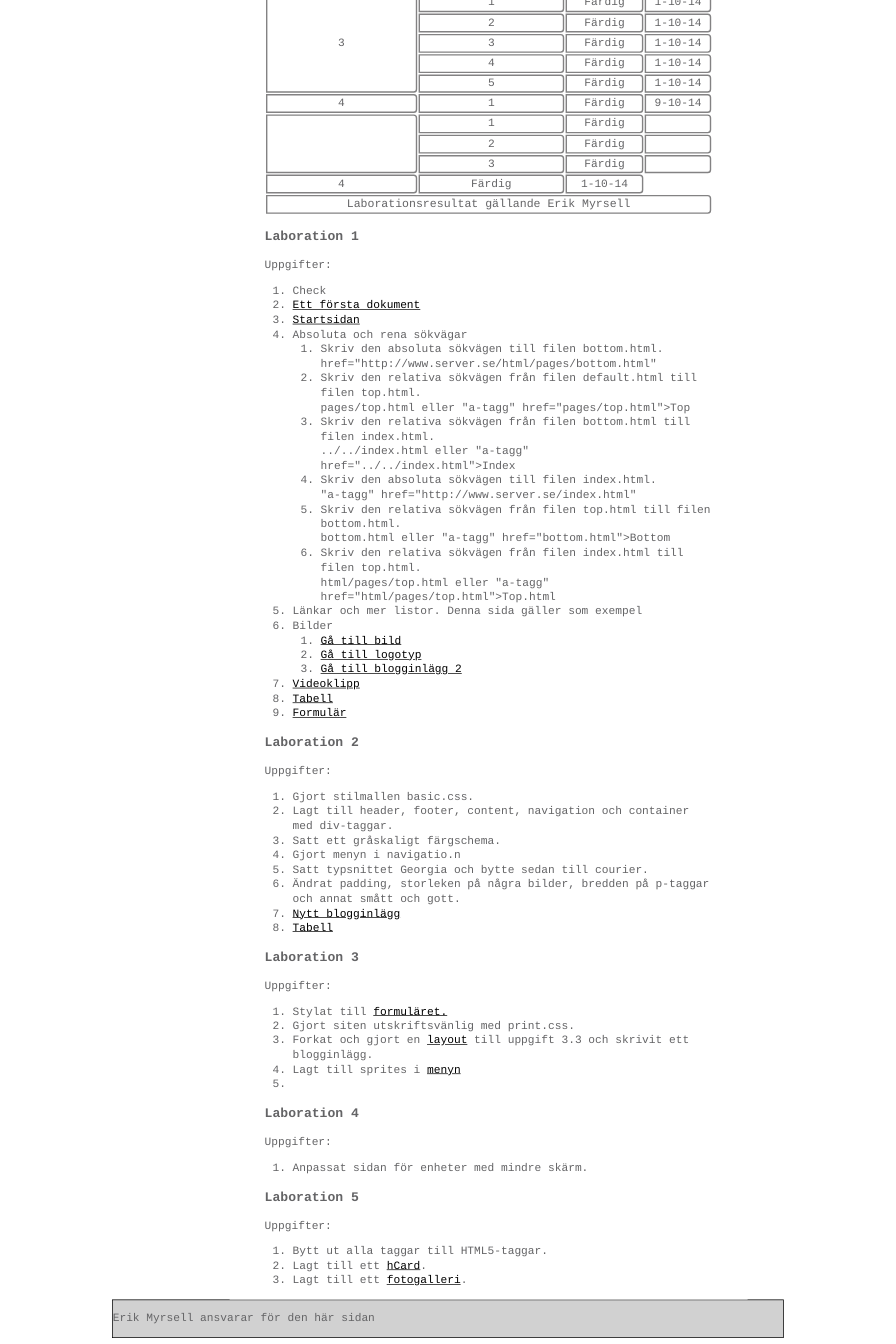
Repository: em222mt/1IK415_em222mt
Page: pages/laborationer.html
The author's editor kept a record of every edit. The page is drawn from the files as they stood at one moment, then again after the next edit.
The browser window is 1280 px wide. The pictures show the part of the page from y = 948 to 2868 px (the page is 2868 px tall before and 2839 px after), at 70% of full size.

Above is the page before.

After the next edit:
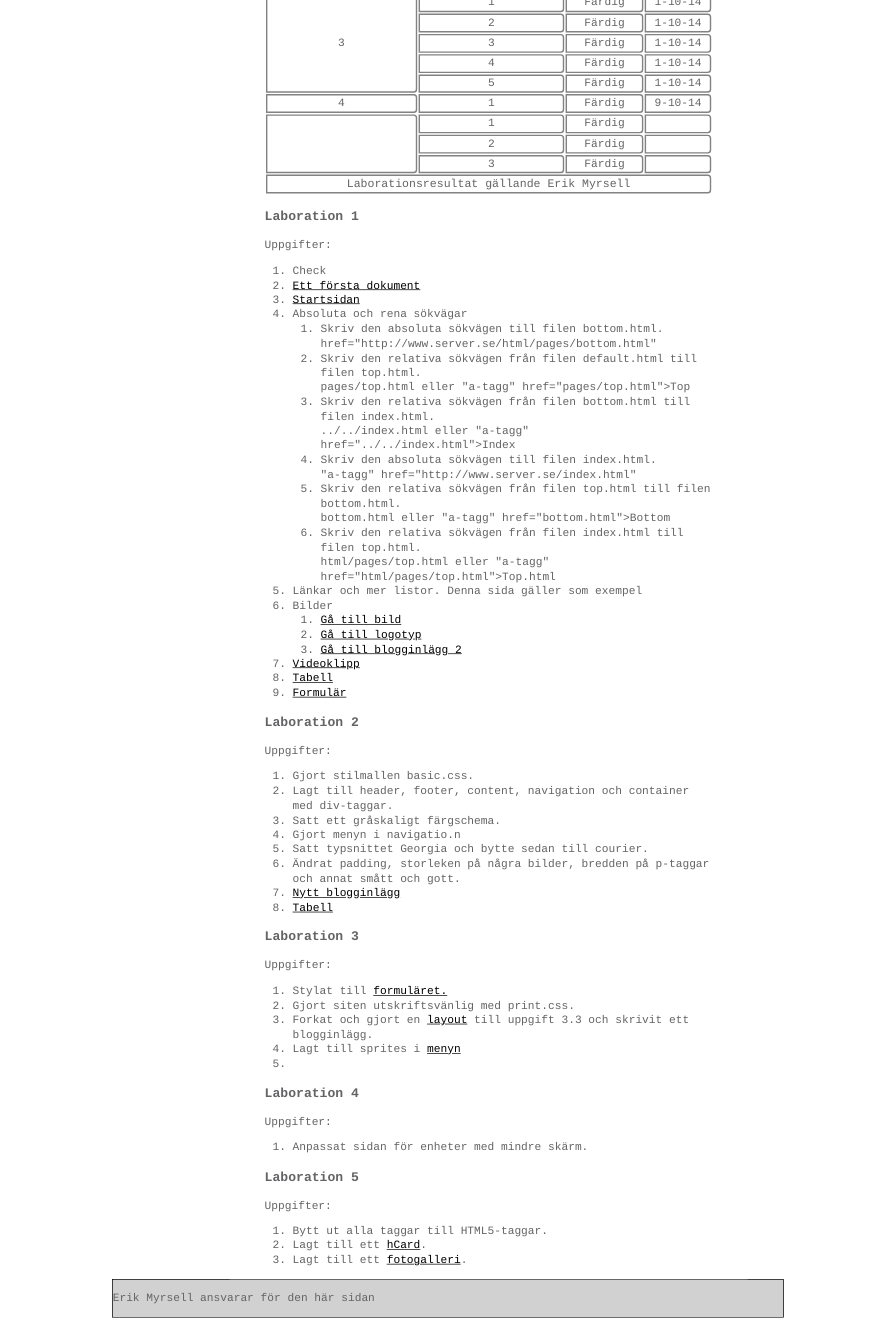
The edit:
--- a/pages/laborationer.html
+++ b/pages/laborationer.html
@@ -225,11 +225,7 @@
                                 <td>Färdig</td>
                                 <td></td>
                             </tr>
-                             <tr>
-                                <td>4</td>
-                                <td>Färdig</td>
-                                <td>1-10-14</td>
-                            </tr>
+
                         </tbody>
                     </table>
 
